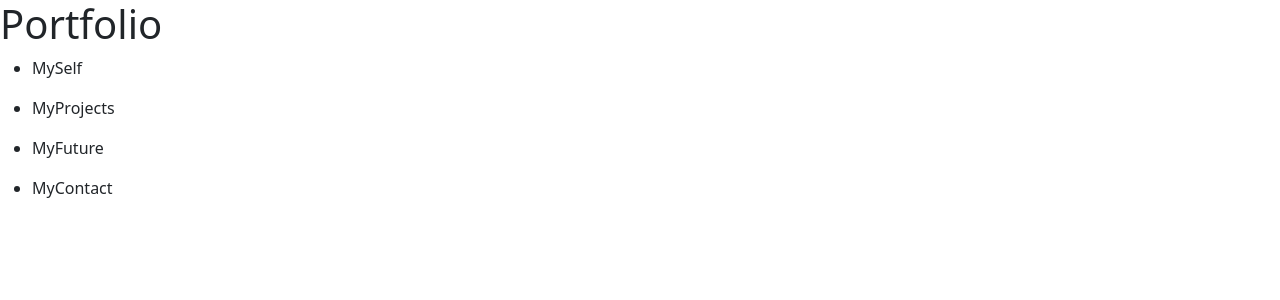
Repository: ChristianGecchelin/PortfolioOnline
Page: index.html
These files come from the project's save history. The page is drawn as it stood at one moment and after the next save; the edit follows.
The browser window is 1280 px wide. The pictures show the whole page.

Above is the page before, as saved 2022-01-08 10:27:23.

### index.html
<!DOCTYPE html>
<html lang="en">
  <head>
    <meta charset="UTF-8" />
    <meta http-equiv="X-UA-Compatible" content="IE=edge" />
    <meta name="viewport" content="width=device-width, initial-scale=1.0" />
    <title>Portfolio Christian</title>
    <link
      href="https://cdn.jsdelivr.net/npm/bootstrap@5.1.3/dist/css/bootstrap.min.css"
      rel="stylesheet"
      integrity="sha384-1BmE4kWBq78iYhFldvKuhfTAU6auU8tT94WrHftjDbrCEXSU1oBoqyl2QvZ6jIW3"
      crossorigin="anonymous"
    />
    <link rel="stylesheet" href="./styles/styles.css" />
  </head>
  <body>
    <header>
      <h1>Portfolio</h1>
      <nav class="justify-content-end">
        <ul>
          <li><p>MySelf</p></li>
          <li><p>MyProjects</p></li>
          <li><p>MyFuture</p></li>
          <li><p>MyContact</p></li>
        </ul>
      </nav>
      <main class="principalContainer">
        <section class="principalContainer-mySelf"></section>
        <div class="principalContainer-mySelf--information"></div>
        <div class="principalContainer-mySelf--image"></div>
        <section class="principalContainer-myProject"></section>
        <section class="principalContainer-myFuture"></section>
        <section class="principalContainer-myContact"></section>
      </main>
    </header>
  </body>
</html>

Loaded but not shown: styles/styles.css (no stored copy; drawn as an empty file)

After the next save:
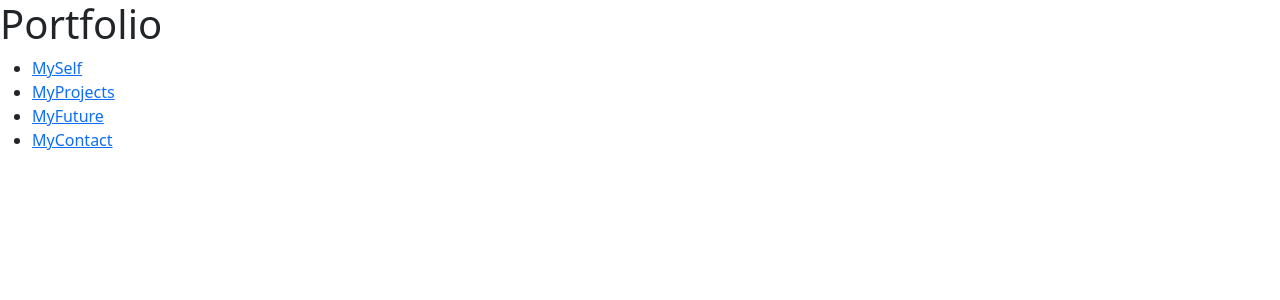
Saved 68 s later.
--- a/index.html
+++ b/index.html
@@ -18,10 +18,10 @@
       <h1>Portfolio</h1>
       <nav class="justify-content-end">
         <ul>
-          <li><p>MySelf</p></li>
-          <li><p>MyProjects</p></li>
-          <li><p>MyFuture</p></li>
-          <li><p>MyContact</p></li>
+          <li><a href=""> MySelf</a></li>
+          <li><a href="">MyProjects</a></li>
+          <li><a href="">MyFuture</a></li>
+          <li><a href="">MyContact</a></li>
         </ul>
       </nav>
       <main class="principalContainer">
